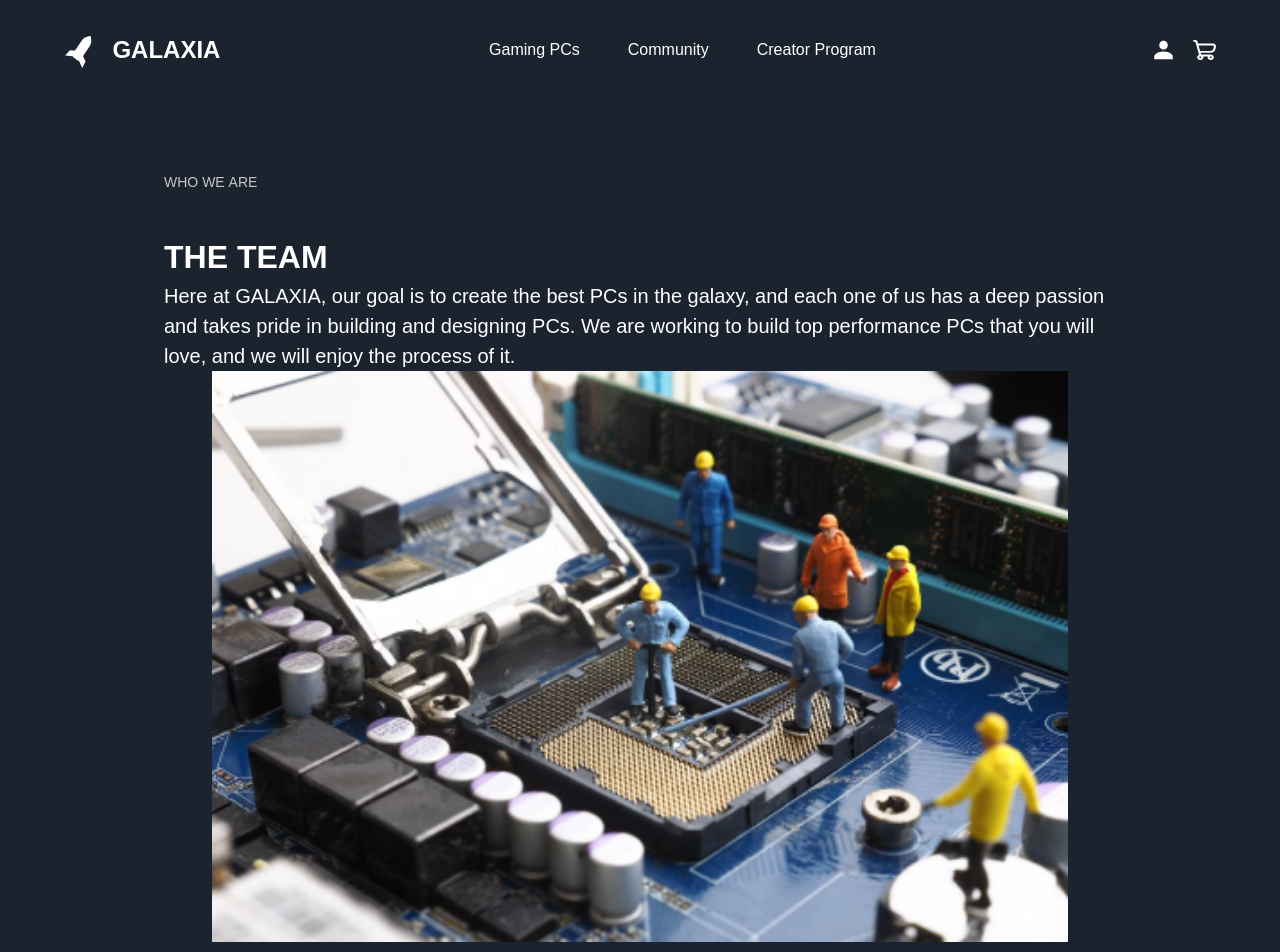
Repository: kaitlynlie/galaxia_pcs
Page: /community
An editor plug-in stored every save of this project. The page is shown before and after the next save, followed by the edit.
The browser window is 1280 px wide. The pictures show the part of the page from y = 0 to 952 px (the page is 2835 px tall before and 2624 px after).
Some web fonts or font styles are not loaded; a fallback is used. The project was rebuilt for these pictures with package versions that can differ from the ones it lists, and the page was loaded fresh each time. Also part of the build but not shown: vite.config.js, components/Button.jsx, components/PCcard.jsx, components/WhyFeatures.jsx, sections/Hero.jsx, sections/Triton.jsx, sections/Neptune.jsx, sections/Jupiter.jsx and 5 more. Imported but missing from the stored project, and not drawn on this page: src/assets/video.mp4.

Above is the page before, as saved 2023-08-08 18:38:01.

After the next save:
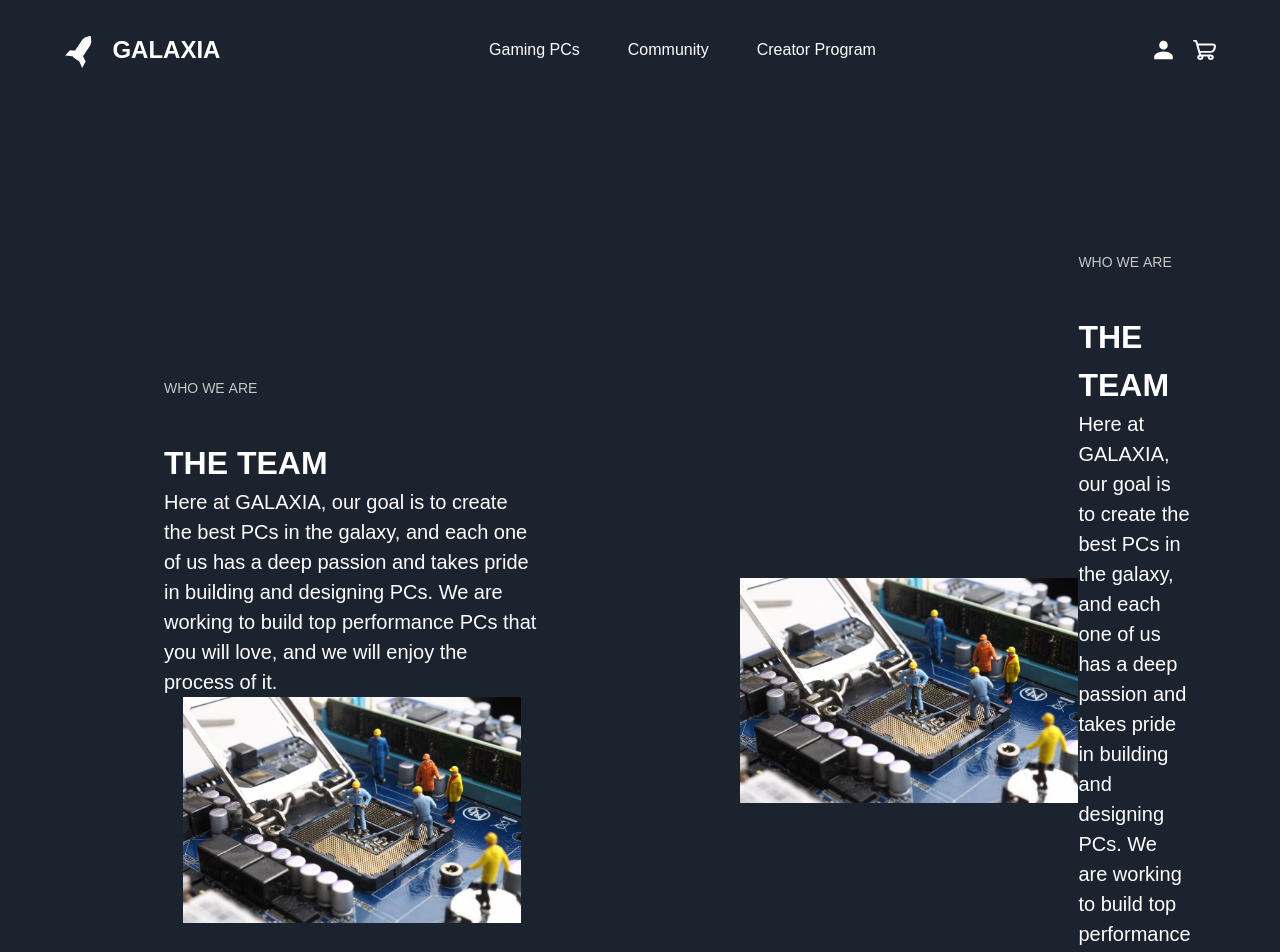
Saved 6 s later.
--- a/sections/People.jsx
+++ b/sections/People.jsx
@@ -6,7 +6,7 @@
 import { fadeIn, staggerContainer } from '../utils/motion';
 
 const People = () => (
-    <section className={`${styles.xPaddings} relative z-10 py-8 flex flex-col justify-center items-center mt-10`}>
+    <section className={`${styles.xPaddings} relative z-10 py-8 flex flex-row justify-center items-center mt-10`}>
       {/* <div className={`${styles.innerWidth} md:px-[100px] mb-0 items-center flex-row max-[1234px]:flex-col flex justify-between`}> */}
       <div className={`${styles.innerWidth} md:px-[100px] mb-0 items-center flex-col flex justify-between`}>
         {/* <div className='mr-24 max-[1234px]:mr-0'> */}
